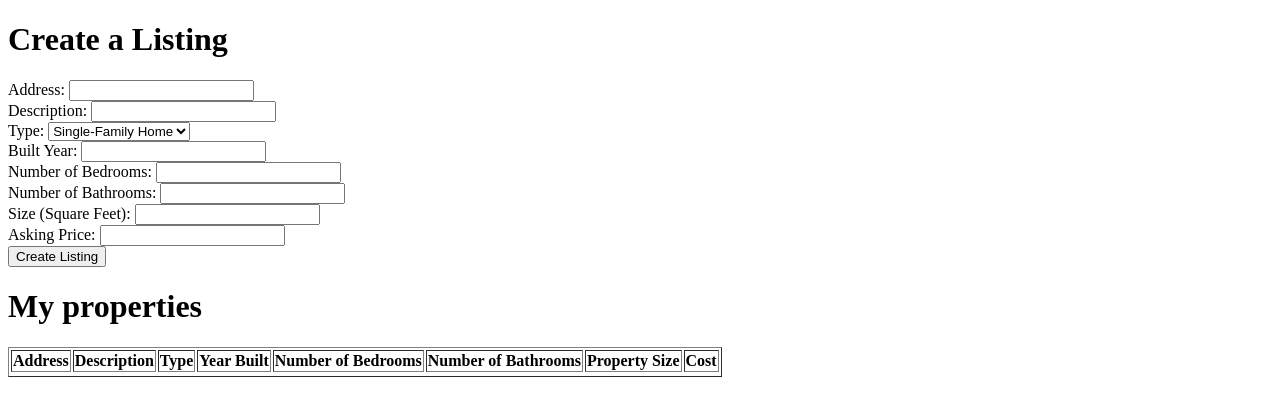
Repository: rickytorrez/test
Page: http://localhost/dcHome/WEB-INF/realtor.jsp
These files come from the project's save history. The page is drawn as it stood at one moment and after the next save; the edit follows.
The browser window is 1280 px wide. The pictures show the whole page.
The page is served by Tomcat 9. Nobody is signed in. Other server files are loaded and not shown. The template is opened directly, without the code that normally fills it, so the values that code supplies are empty.

Above is the page before, as saved 2018-05-31 20:38:20.

### dcHome/src/main/webapp/WEB-INF/realtor.jsp
<%@ page language="java" contentType="text/html; charset=UTF-8"
    pageEncoding="UTF-8"%>
<%@ taglib uri="http://java.sun.com/jsp/jstl/core" prefix="c" %>
<%@taglib prefix="fmt" uri="http://java.sun.com/jsp/jstl/fmt"%>
<%@taglib prefix="form" uri="http://www.springframework.org/tags/form"%>
<%@ taglib prefix="spring" uri="http://www.springframework.org/tags" %>
<!DOCTYPE html PUBLIC "-//W3C//DTD HTML 4.01 Transitional//EN" "http://www.w3.org/TR/html4/loose.dtd">
<html>
	<head>
		<meta http-equiv="Content-Type" content="text/html; charset=UTF-8">
		<title>Realtor</title>
	</head>
	<body>
		<h1>Create a Listing</h1>

		<form:form method="POST" action="/listings/createListing" modelAttribute="listing">
			<form:label path="address">Address:
				<form:input path="address"></form:input>
				<form:errors path="address"/>
			</form:label><br>

			<form:label path="description">Description:
				<form:input path="description"></form:input>
				<form:errors path="description"/>
			</form:label><br>
			<form:label path="type">Type:
				<form:select path="type">
					<form:option value="Single-Family">Single-Family Home</form:option>
					<form:option value="TownHome">Town House</form:option>
					<form:option value="Apartment">Apartment</form:option>
				</form:select>
			</form:label><br>
			<form:label path="yearbuilt">Built Year:
				<form:input type="number" path="yearbuilt"></form:input>
				<form:errors path="yearbuilt"/>
			</form:label><br>
			<form:label path="numberofrooms">Number of Bedrooms:
				<form:input type="number" path="numberofrooms"></form:input>
				<form:errors path="numberofrooms"/>
			</form:label><br>
			<form:label path="numberofbathrooms">Number of Bathrooms:
				<form:input type="number" path="numberofbathrooms"></form:input>
				<form:errors path="numberofbathrooms"/>
			</form:label><br>
			<form:label path="size">Size (Square Feet):
				<form:input type="number" path="size"></form:input>
				<form:errors path="size"/>
			</form:label><br>
			<form:label path="cost">Asking Price:
				<form:input type="number" path="cost"></form:input>
				<form:errors path="cost"/>
			</form:label><br>
			<input type="submit" value="Create Listing"/>
		</form:form>

		<h1>My properties</h1>
					<table border="1px">
				<tr>
					<th>Address</th>
					<th>Description</th>
					<th>Type</th>
					<th>Year Built</th>
					<th>Number of Bedrooms</th>
					<th>Number of Bathrooms</th>
					<th>Property Size</th>
					<th>Cost</th>
				</tr>
				<c:forEach items="${listings}" var="listing">
				<tr>
					<td>${ listing.address }</td>
		 			<td>${ listing.description }</td>
		 			<td>${ listing.type }</td>
		 			<td>${ listing.yearbuilt }</td>
		 			<td>${ listing.numberofrooms }</td>
		 			<td>${ listing.numberofbathrooms }</td>
		 			<td>${ listing.size }</td>
		 			<td>${ listing.cost }</td>

				</tr>
				</c:forEach>

				<tr></tr>
			</table>

	</body>
</html>

After the next save:
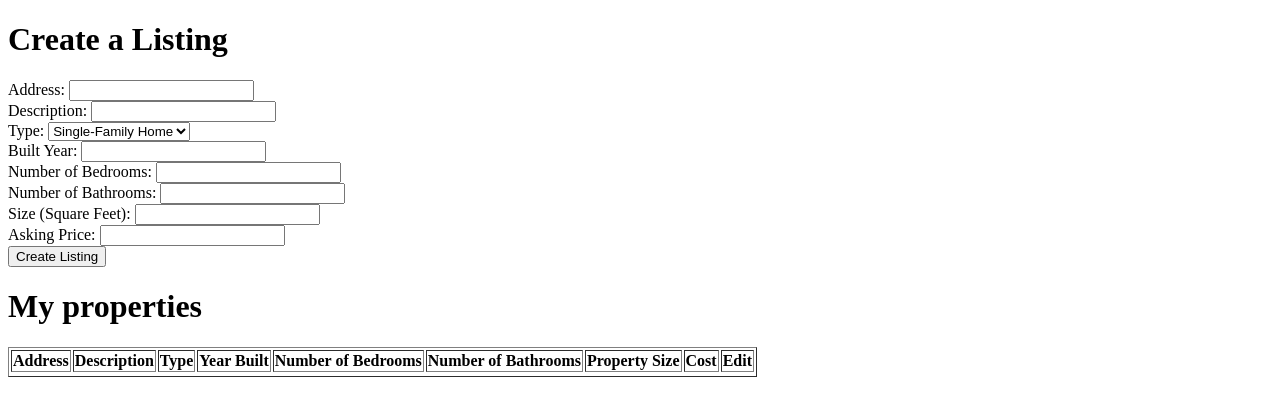
Saved 23 s later.
--- a/dcHome/src/main/webapp/WEB-INF/realtor.jsp
+++ b/dcHome/src/main/webapp/WEB-INF/realtor.jsp
@@ -64,6 +64,7 @@
 					<th>Number of Bathrooms</th>
 					<th>Property Size</th>
 					<th>Cost</th>
+					<th>Edit</th>
 				</tr>
 				<c:forEach items="${listings}" var="listing">
 				<tr>
